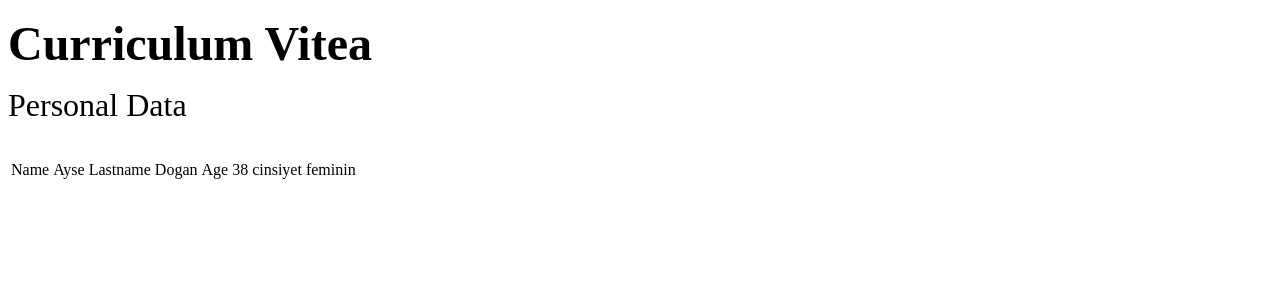
Repository: aysedo/html
Page: Week_2/profile/index.html
The author's editor kept a copy of each file at every save. The page is drawn from the files as they stood at one save, then again after the next save.
The browser window is 1280 px wide. The pictures show the whole page.

Above is the page before, as saved 2021-08-25 20:55:23.

### Week_2/profile/index.html
<!DOCTYPE html>
<html lang="en">
  <head>
    <meta charset="UTF-8" />
    <meta http-equiv="X-UA-Compatible" content="IE=edge" />
    <meta name="viewport" content="width=device-width, initial-scale=1.0" />
    <title>Document</title>
  </head>
  <body>
    <titel>
      <p align="center" ></p><b><font size="11">Curriculum Vitea </font></b></p></titel>
      <p> <font size="6">Personal Data</font></p>
      <table>
        <tr>
          <td> Name </td>
          <td> Ayse </td> <br>
          <td> Lastname </td>
          <td> Dogan </td>
          <td> Age </td>
          <td> 38 </td>
          <td>cinsiyet</td>
          <td>feminin</td>
          <td></td>
          <td></td>
          <td></td>
          <td></td>
          <td></td>
          <td></td>
          <td></td>
          <td></td>
          <td></td>
          <address> </address>
        </tr>
      </table>

  </body>
</html>

After the next save:
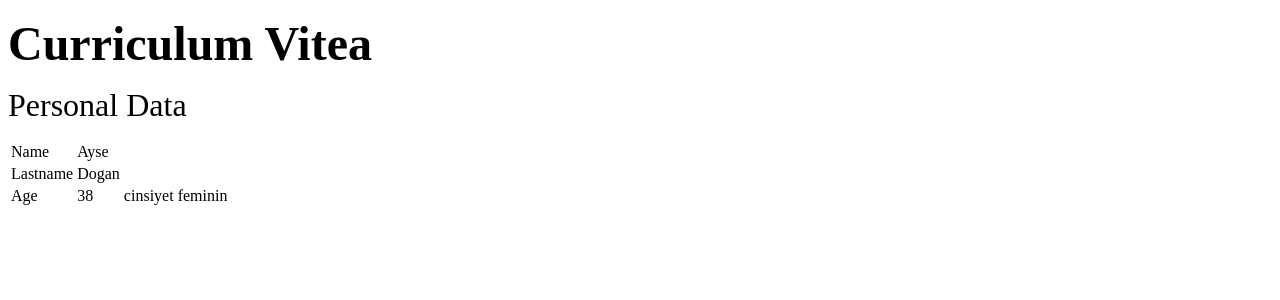
Saved 60 s later.
--- a/Week_2/profile/index.html
+++ b/Week_2/profile/index.html
@@ -13,9 +13,11 @@
       <table>
         <tr>
           <td> Name </td>
-          <td> Ayse </td> <br>
+          <td> Ayse </td>
+          <tr>
           <td> Lastname </td>
           <td> Dogan </td>
+          </tr>
           <td> Age </td>
           <td> 38 </td>
           <td>cinsiyet</td>
